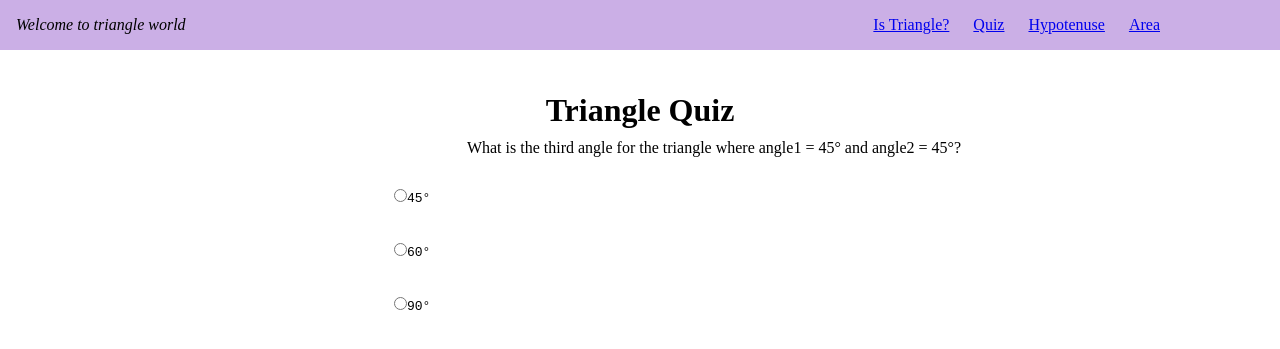
Repository: patelamancode/Fun-with-trianles
Page: quiz.html
The author's editor kept a copy of each file at every save. The page is drawn from the files as they stood at one save, then again after the next save.
The browser window is 1280 px wide. The pictures show the whole page.

Above is the page before, as saved 2022-11-28 19:05:04.
Console error: TypeError: Cannot read properties of null (reading 'addEventListener')

### quiz.html
<!DOCTYPE html>
<html lang="en">
<head>
    <meta charset="UTF-8">
    <meta http-equiv="X-UA-Compatible" content="IE=edge">
    <meta name="viewport" content="width=device-width, initial-scale=1.0">
    <link rel="stylesheet" href="index.css">
    <title>Quiz-page</title>
</head>
<body>
    <nav id="navbar">
        <p id="nav-title">Welcome to triangle world</p>
        <div id="nav-links">
            <a href="index.html" id="Is-triangle">Is Triangle?</a>
            <a href="quiz.html" id="Is-triangle">Quiz</a>
            <a href="hypotenuse.html" id="hypo">Hypotenuse</a>
            <a href="area.html" id="area">Area</a>
        </div>
    </nav>
    <div id="main-container">
        <h1>Triangle Quiz</h1>
        <form >
            <div class="question-container">
                <p>What is the third angle for the triangle where angle1 = 45° and angle2 = 45°?</p>
                <label for="value1"><input type="radio" name="question1" />45°</label>
                <label for="value2"><input type="radio" name="question1" />60°</label>
                <label for="value3"><input type="radio" name="question1" />90°</label>
            </div>
        </form>
    </div>
    <script src="index.js"></script>
</body>
</html>

### index.css
* {
  margin: 0;
  padding: 0;
}

#navbar {
  background-color: rgba(143, 82, 201, 0.459);
  display: flex;
  flex-direction: row;
  justify-content: space-between;
  padding: 1rem;
}
#nav-title {
  font-style: italic;
  font-weight: 300;
  font-size: medium;
}
#nav-links {
  display: flex;
  flex-direction: row;
  justify-content: space-around;
  margin-right: 5rem;
}

#nav-links a {
    display: flex;
    margin-right: 1.5rem;
    cursor: pointer;
}

#main-container {
  display: flex;
  flex-direction: column;
  width: 40vw;
  margin: auto;
  margin-top: 2rem;
  padding: 10px;
  text-align: center;
}

.app-title {
  margin: 2rem 0 0 0;
}

#error-check-for-angles{
  background-color: yellow;
  display: none;
  padding: 0.5rem;
}

label {
  margin-top: 2rem;
  margin-bottom: 0.3rem;
  text-align: left;
  font-family: monospace;
}
input {
  border: 2px solid rgb(134, 55, 207);
  border-radius: 5px;
  padding: 5px;
}

/* For Quiz page */

.question-container{
  display: flex;
  flex-direction: column;
  width: 50vw;
  margin: auto;
  padding: 10px;

}
.question-container p{
  margin: 0;
  padding: 0;
}



#check-btn {
  margin: auto;
  text-align: center;
  margin-top: 2rem;
  width: 40%;
  padding: 5px 0px;
  background-color: rgba(143, 82, 201, 0.521);
  border: 1px solid;
  border-radius: 5px;
}
#result-display {
    display: none;
    padding-top: 1rem;
    font-style: italic;
    margin: auto;
  }

### index.js
const angle1 = document.querySelector('#angle1-input');
const angle2 = document.querySelector('#angle2-input');
const angle3 = document.querySelector('#angle3-input');
const button = document.querySelector('#check-btn');
const output = document.querySelector('#result-display');
const errorForInputs = document.querySelector('#error-check-for-angles');

// function errorForInputs(msg){
//     errorForInputs.style.display = "flex";
//     errorForInputs.innerText = msg;
// }
function showOutputMessage(msg){
    output.style.display = "flex";
    output.innerText = msg;
}
// For Is triangle :
function calculateSumOfAngles(input1,input2,input3){
    const sumOfAngles = input1 +input2 +input3;
    if(sumOfAngles === 180){
        showOutputMessage("Yeah..🤗This is a triangle");
    }else {
        showOutputMessage("Please enter some valid inputs to form a triangle 🤪");
    }
}
function isTriangle(){
    var num1 = Number(angle1.value);
    var num2 = Number(angle2.value);
    var num3 = Number(angle3.value);
    if(!num1 || !num2 || !num3){
        console.log("Please make sure about all inputs as per mention format");
    }else {
        calculateSumOfAngles(num1,num3,num3);
    }
}

// For Quiz :





button.addEventListener('click', function(){
    isTriangle();
})

After the next save:
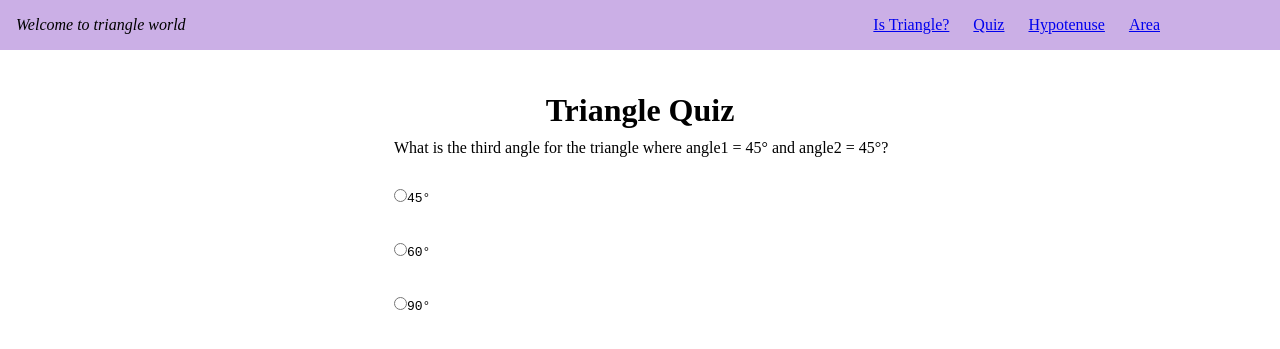
Saved 114 s later.
--- a/index.css
+++ b/index.css
@@ -71,8 +71,7 @@ input {
 
 }
 .question-container p{
-  margin: 0;
-  padding: 0;
+  text-align: left;
 }
 
 
